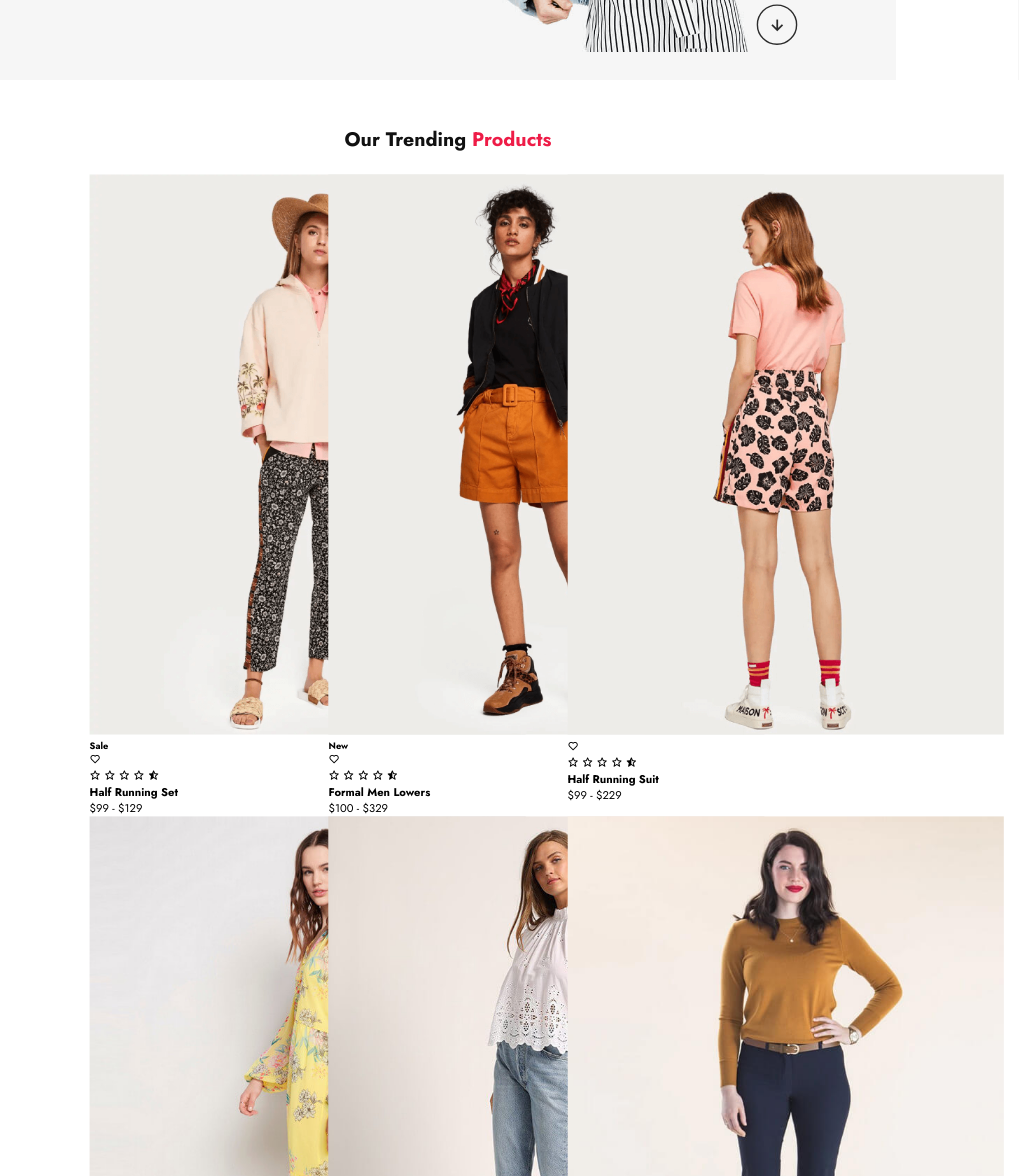
Repository: isaacCodes1/Kumo-Website.
Page: index.html
These files come from the project's save history. The page is drawn as it stood at one moment and after the next save; the edit follows.
The browser window is 1280 px wide. The page is 1434 px wide, then 1455 px, so the pictures cover 1455 px, including what lies to the right of the window. The pictures show the part of the page from y = 605 to 2285 px (the page is 3670 px tall before and 3734 px after), at 70% of full size.

Above is the page before, as saved 2024-03-22 13:43:21.

### index.html
<!DOCTYPE html>
<html lang="en">
  <head>
    <meta charset="UTF-8" />
    <meta http-equiv="X-UA-Compatible" content="IE=edge" />
    <meta name="viewport" content="width=device-width, initial-scale=1.0" />
    <!-- CSS Custom Link -->
    <link rel="stylesheet" href="style.css" />
    <link rel="preconnect" href="https://fonts.googleapis.com" />
    <link rel="preconnect" href="https://fonts.gstatic.com" crossorigin />
    <link
      href="https://fonts.googleapis.com/css2?family=Bricolage+Grotesque:opsz,wght@12..96,200..800&family=Jost:ital,wght@0,100..900;1,100..900&family=Montserrat:ital,wght@0,100..900;1,100..900&family=Poppins:ital,wght@0,100;0,200;0,300;0,400;0,500;0,600;0,700;0,800;0,900;1,100;1,200;1,300;1,400;1,500;1,600;1,700;1,800;1,900&display=swap"
      rel="stylesheet"
    />
    <link
      rel="stylesheet"
      href="https://cdnjs.cloudflare.com/ajax/libs/font-awesome/6.5.1/css/all.min.css"
      integrity="sha512-DTOQO9RWCH3ppGqcWaEA1BIZOC6xxalwEsw9c2QQeAIftl+Vegovlnee1c9QX4TctnWMn13TZye+giMm8e2LwA=="
      crossorigin="anonymous"
      referrerpolicy="no-referrer"
    />
    <link
      rel="stylesheet"
      href="https://unpkg.com/boxicons@latest/css/boxicons.min.css"
    />

    <title>My fashion Website.</title>
  </head>
  <body>
    <header>
      <a href="#" class="logo"><img src="Assets/logo.png" alt="" /></a>
      <ul class="navmenu">
        <li><a href="#">Home</a></li>
        <li><a href="#">Shop</a></li>
        <li><a href="#">Products</a></li>
        <li><a href="#">Page</a></li>
        <li><a href="#">Docs</a></li>
        <li><a href="#">FAQ's</a></li>
      </ul>
      <div class="nav-icon">
        <a href="#"><i class="bx bx-search"></i></a>
        <a href="#"><i class="bx bx-user"></i></a>
        <a href="#"><i class="bx bx-cart"></i></a>
        <div class="bx bx-menu" id="menu-icon"></div>
      </div>
    </header>
    <section class="main-home">
      <div class="main-text">
        <h5>Winter Collection</h5>
        <h1>New Winter <br />Collection 2024</h1>
        <p>There's Nothing like Trend...</p>
        <a href="#" class="main-btn"
          >Shop Now<i class="bx bx-right-arrow-alt"></i
        ></a>
      </div>
      <div class="down-arrow">
        <a href="#trending" class="down"
          ><i class="bx bx-down-arrow-alt"></i
        ></a>
      </div>
    </section>
    <!-- <trending-products-section-->
    <section class="trending-product" id="trending">
      <div class="center-text">
        <h2>Our Trending <span>Products</span></h2>
      </div>
      <div class="products">
        <div class="row">
          <img src="/Assets/1.jpg" alt="" />
          <div class="product-text">
            <h5>Sale</h5>
          </div>
          <div class="heart-icon">
            <i class="bx bx-heart"></i>
          </div>
          <div class="ratting">
            <i class="bx bx-star"></i>
            <i class="bx bx-star"></i>
            <i class="bx bx-star"></i>
            <i class="bx bx-star"></i>
            <i class="bx bxs-star-half"></i>
          </div>
          <div class="price">
            <h4>Half Running Set</h4>
            <p>$99 - $129</p>
          </div>
        </div>

        <div class="row">
          <img src="/Assets/2.jpg" alt="" />
          <div class="product-text">
            <h5>New</h5>
          </div>
          <div class="heart-icon">
            <i class="bx bx-heart"></i>
          </div>
          <div class="ratting">
            <i class="bx bx-star"></i>
            <i class="bx bx-star"></i>
            <i class="bx bx-star"></i>
            <i class="bx bx-star"></i>
            <i class="bx bxs-star-half"></i>
          </div>
          <div class="price">
            <h4>Formal Men Lowers</h4>
            <p>$100 - $329</p>
          </div>
        </div>
        <div class="row">
          <img src="/Assets/3.jpg" alt="" />
          <div class="heart-icon">
            <i class="bx bx-heart"></i>
          </div>
          <div class="ratting">
            <i class="bx bx-star"></i>
            <i class="bx bx-star"></i>
            <i class="bx bx-star"></i>
            <i class="bx bx-star"></i>
            <i class="bx bxs-star-half"></i>
          </div>
          <div class="price">
            <h4>Half Running Suit</h4>
            <p>$99 - $229</p>
          </div>
        </div>
        <div class="row">
          <img src="/Assets/4.jpg" alt="" />
          <div class="product-text">
            <h5>Hottest!</h5>
          </div>
          <div class="heart-icon">
            <i class="bx bx-heart"></i>
          </div>
          <div class="ratting">
            <i class="bx bx-star"></i>
            <i class="bx bx-star"></i>
            <i class="bx bx-star"></i>
            <i class="bx bx-star"></i>
            <i class="bx bxs-star-half"></i>
          </div>
          <div class="price">
            <h4>Half Fancy Lady Dress</h4>
            <p>$199 - $429</p>
          </div>
        </div>
        <div class="row">
          <img src="/Assets/5.jpg" alt="" />
          <div class="heart-icon">
            <i class="bx bx-heart"></i>
          </div>
          <div class="ratting">
            <i class="bx bx-star"></i>
            <i class="bx bx-star"></i>
            <i class="bx bx-star"></i>
            <i class="bx bx-star"></i>
            <i class="bx bxs-star-half"></i>
          </div>
          <div class="price">
            <h4>Flix Flox Jeans</h4>
            <p>$79 - $109</p>
          </div>
        </div>
        <div class="row">
          <img src="/Assets/6.jpg" alt="" />
          <div class="product-text">
            <h5>Very Beautiful</h5>
          </div>
          <div class="heart-icon">
            <i class="bx bx-heart"></i>
          </div>
          <div class="ratting">
            <i class="bx bx-star"></i>
            <i class="bx bx-star"></i>
            <i class="bx bx-star"></i>
            <i class="bx bx-star"></i>
            <i class="bx bxs-star-half"></i>
          </div>
          <div class="price">
            <h4>Fancy Salwar Suits</h4>
            <p>$399 - $629</p>
          </div>
        </div>
        <div class="row">
          <img src="/Assets/7.jpg" alt="" />
          <div class="product-text">
            <h5>Bold!</h5>
          </div>
          <div class="heart-icon">
            <i class="bx bx-heart"></i>
          </div>
          <div class="ratting">
            <i class="bx bx-star"></i>
            <i class="bx bx-star"></i>
            <i class="bx bx-star"></i>
            <i class="bx bx-star"></i>
            <i class="bx bxs-star-half"></i>
          </div>
          <div class="price">
            <h4>Printed straight Design</h4>
            <p>$39 - $99</p>
          </div>
        </div>
        <div class="row">
          <img src="/Assets/8.jpg" alt="" />
          <div class="product-text">
            <h5>Sale</h5>
          </div>
          <div class="heart-icon">
            <i class="bx bx-heart"></i>
          </div>
          <div class="ratting">
            <i class="bx bx-star"></i>
            <i class="bx bx-star"></i>
            <i class="bx bx-star"></i>
            <i class="bx bx-star"></i>
            <i class="bx bxs-star-half"></i>
          </div>
          <div class="price">
            <h4>Beautiful Full Dress!</h4>
            <p>$99 - $229</p>
          </div>
        </div>
      </div>
    </section>

    <script src="java.js"></script>
  </body>
</html>

### style.css
* {
  margin: 0;
  padding: 0;
  box-sizing: border-box;
  scroll-behavior: smooth;
  font-family: "Jost", sans-serif;
  list-style-type: none;
  text-decoration: none;
}
header {
  position: fixed;
  width: 100%;
  top: 0;
  right: 0;
  z-index: 1000;
  display: flex;
  align-items: center;
  justify-content: space-between;
  padding: 20px 10%;
}
.logo img {
  max-width: 120px;
  height: auto;
}
.navmenu {
  display: flex;
}
.navmenu li :hover {
  background: #000;
}
.navmenu a {
  color: #2c2c2c;
  font-size: 16px;
  text-transform: capitalize;
  padding: 10px 20px;
  font-weight: 400;
  transition: all 0.42s ease;
}
.navmenu a:hover {
  color: #ee1c47;
}
.nav-icon {
  display: flex;
  align-items: center;
}
.nav-icon i {
  margin-right: 20px;
  color: #2c2c2c;
  font-size: 25px;
  font-weight: 400;
  transition: all 0.42s ease;
}
.nav-icon i:hover {
  transform: scale(1.05);
  color: #ee1c47;
}
#menu-icon {
  font-size: 35px;
  color: #2c2c2c;
  z-index: 10001;
  cursor: pointer;
}
section {
  padding: 5% 10%;
}
.main-home {
  width: 100%;
  height: 100vh;
  background-image: url(Assets/banner-3.png);
  background-position: center;
  background-size: cover;
  display: grid;
  grid-template-columns: repeat(1, 1fr);
  align-items: center;
}
.main-text h5 {
  color: #ee1c47;
  font-size: 16px;

  text-transform: capitalize;
  font-weight: 500;
}
.main-text h1 {
  color: #000;
  font-size: 65px;
  text-transform: capitalize;
  line-height: 1.1;
  font-weight: 600;
  margin: 6px 0 10px;
}
.main-text p{
    color: #333c56;
    font-size: 20px;
    font-style: italic;
    margin-bottom: 20px;
}
.main-btn{
    display: inline-block;
    color: #111;
    font-size: 16px;
    font-weight: 500;
    text-transform: capitalize;
    border: 2px solid#111;
    padding: 12px 25px;
    transition: all .42s ease;
}
.main-btn:hover{
    background: #000;
    color: #fff;
}
.main-btn i{
    vertical-align: middle;
}
.down-arrow{
    position: absolute;
    top: 85%;
    right: 11%;
}
.down i{
    font-size: 30px;
    color: #2c2c2c;
    border: 2px solid #2c2c2c;
    border-radius: 50px;
    padding: 12px 12px;
}
.down i:hover{
    background: #2c2c2c;
    color:#fff;
    transition: all .42s ease;
}
header.sticky{
    background: #fff;
    padding: 20px 10%;
    box-shadow: 0px 0px 10px rgb(0 0 0 /10%);
}
/* trending-section-css */
.center-text h2{
    color: #111;
    font-size: 28px;
    text-transform: capitalize;
    text-align: center;
    margin-bottom: 30px;
}
.center-text span{
    color: #ee1c47;
}
.products{
    display: grid;
    grid-template-columns: repeat(auto-fit, minmax(260px, auto));
    gap: ;
}

### java.js
const header = document.querySelector("header");

window.addEventListener("scroll", function(){
    header.classList.toggle ("sticky", window.scrollY > 0);
})

After the next save:
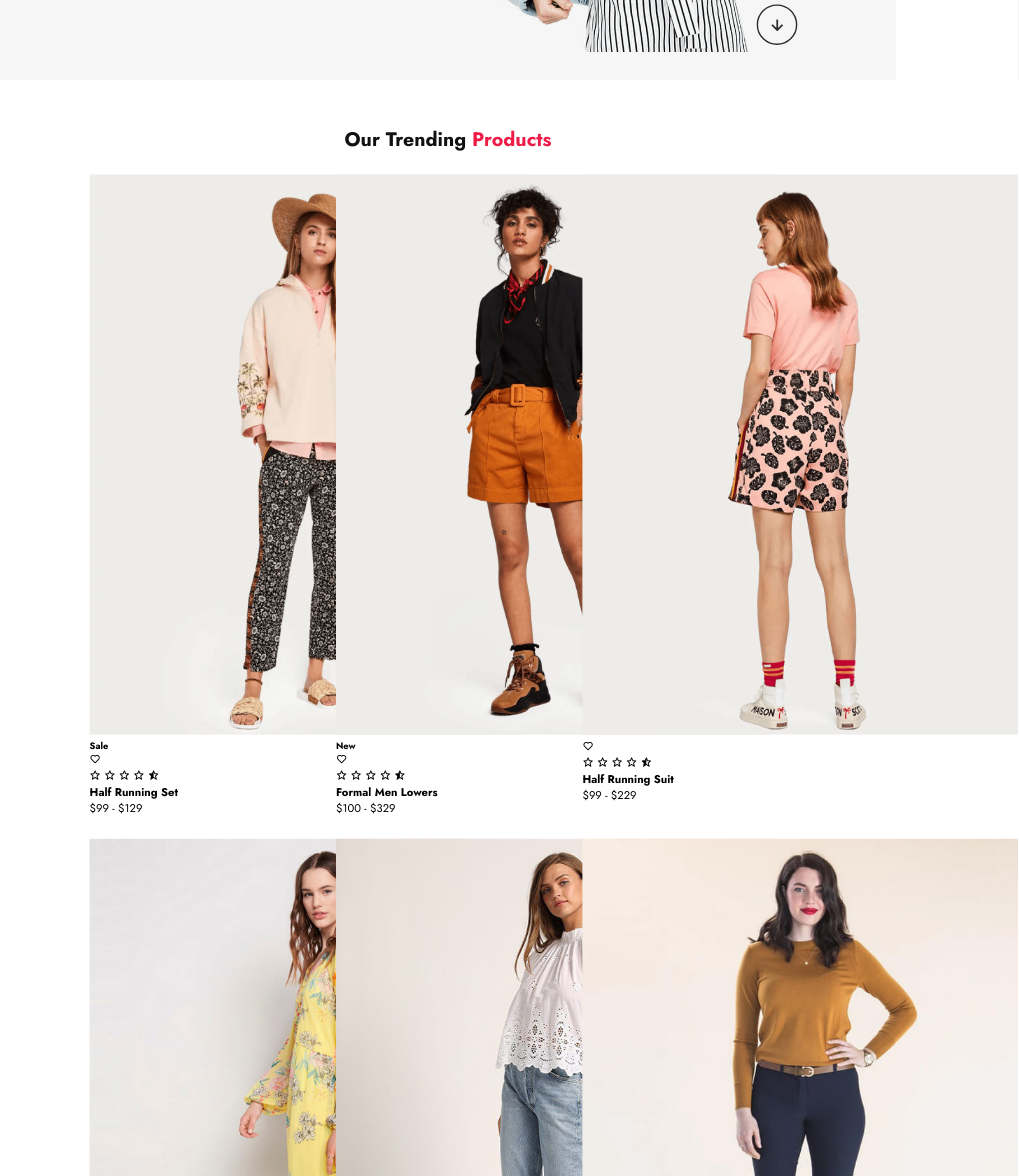
Saved 9 s later.
--- a/style.css
+++ b/style.css
@@ -147,5 +147,5 @@ header.sticky{
 .products{
     display: grid;
     grid-template-columns: repeat(auto-fit, minmax(260px, auto));
-    gap: ;
+    gap: 2rem;
 }
